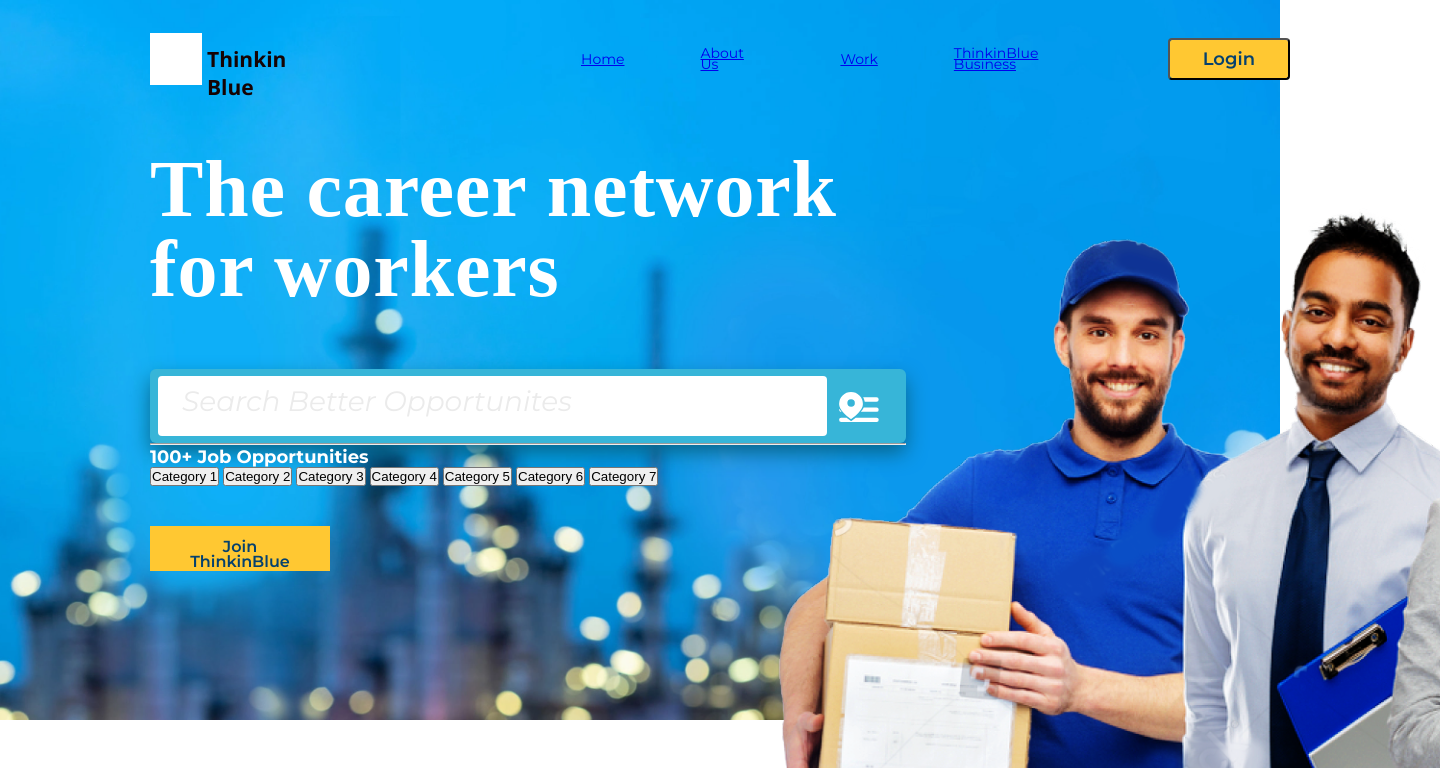
Repository: shekharyadav638/OSL_Assignment_1
Page: index.html
An editor plug-in stored every save of this project. The page is shown before and after the next save, followed by the edit.
The browser window is 1280 px wide. The page is 1440 px wide, so the pictures cover 1440 px, including what lies to the right of the window. The pictures show the whole page.
The style sheet was rebuilt from its Sass, Less or Tailwind sources for each picture, by a compiler version that may differ from the author's.

Above is the page before, as saved 2024-07-13 14:14:27.

### index.html
<!DOCTYPE html PUBLIC "-//W3C//DTD HTML 4.01 Transitional//EN" "http://www.w3.org/TR/html4/loose.dtd">
<html>
  <head>
    <meta http-equiv="Content-Type" content="text/html; charset=ISO-8859-1" />
    <title>Assignment 1</title>
    <link rel="stylesheet" href="style.css" />
    <link rel="preconnect" href="https://fonts.googleapis.com" />
    <link rel="preconnect" href="https://fonts.gstatic.com" crossorigin />
    <link
      href="https://fonts.googleapis.com/css2?family=Montserrat:ital,wght@0,100..900;1,100..900&display=swap"
      rel="stylesheet"
    />
  </head>
  <body>
    <header>
      <div class="header">
        <div class="header_left">
          <div class="header_left_logo"></div>
          <span class="header_left_title">Thinkin Blue</span>
        </div>
        <div class="header_right">
          <ul class="header_right_list">
            <li class="header_right_list_item">
              <a href="#">Home</a>
            </li>
            <li class="header_right_list_item"><a href="#">About Us</a></li>
            <li class="header_right_list_item"><a href="#">Work</a></li>
            <li class="header_right_list_item">
              <a href="#">ThinkinBlue Business</a>
            </li>
          </ul>
          <button class="header_right_btn">Login</button>
        </div>
      </div>
    </header>
    <section class="banner">
      <div class="banner_left">
       <p class="banner_left_text">The career network <br> for workers</p>
       <div class="banner_left_input">
        <input type="text" placeholder="Search Better Opportunites" class="banner_left_input_box"></input>
        <img src="img/location.svg" alt="location-icon" class="banner_left_input_icon">
       </div>
       <div class="banner_left_categories">
        <hr>
        <div class="banner_left_categories_title">100+ Job Opportunities</div>
        <div class="banner_left_categories_list">
          <button class="banner_left_categories_list_item"> Category 1</button>
          <button class="banner_left_categories_list_item"> Category 2</button>
          <button class="banner_left_categories_list_item"> Category 3</button>
          <button class="banner_left_categories_list_item"> Category 4</button>
          <button class="banner_left_categories_list_item"> Category 5</button>
          <button class="banner_left_categories_list_item"> Category 6</button>
          <button class="banner_left_categories_list_item"> Category 7</button>
        </div>
        <div >
          <button class="banner_left_categories_button">Join ThinkinBlue</button>
        </div>
       </div>
      </div>
      <div class="banner_right">
        <img src="img/banner_right.png" alt="banner_right" class="banner_right_img"></img>
      </div>
    </section>
  </body>
</html>

### style.scss
* {
  margin: 0;
  padding: 0;
}
.body {
  width: 1440px;
  opacity: 1;
  overflow-x: hidden;
}

@import "header";
@import "banner";

### header.scss
.header {
  background: transparent;
  position: fixed;
  display: flex;
  align-content: center;
  width: 1140px;
  height: 86px;
  opacity: 1;
  margin: 16px 150px;
  &_left {
    align-items: center;
    display: flex;
    opacity: 1;

    &_logo {
      width: 52px;
      height: 52px;
      background: #ffffff 0% 0% no-repeat padding-box;
      opacity: 1;
    }

    &_title {
      padding-left: 5px;
      text-align: left;
      font: normal normal bold 21px/28px Segoe UI;
      width: 113px;
      height: 28px;
      letter-spacing: 0px;
      color: #150303;
      opacity: 1;
    }
  }

  &_right {
    margin-left: 261px;
    align-items: center;
    display: flex;
    gap: 66px;
    &_list {
      list-style: none;
      display: flex;
      gap: 76px;
      align-items: center;

      &_item {
        text-align: left;
        font: normal normal normal 14px/11px Montserrat;
        letter-spacing: 0px;
        padding: 17px 0;
        color: #ffffff;
        opacity: 1;
      }
    }
    &_btn {
      background: #ffc832 0% 0% no-repeat padding-box;
      border-radius: 4px;
      opacity: 1;
      padding: 8px 33px;
      text-align: left;
      font: normal normal 600 18px Montserrat;
      letter-spacing: 0px;
      color: #05416e;
      opacity: 1;
    }
  }
}

.banner {
  &_img {
    width: 100%;
    height: 100%;
    background-position: center;
  }
}

### _banner.scss
.banner {
  background-image: url(img/banner.png);
  width: 100%;
  height: 100vh;
  background-size: cover;
  background-position: center;
  background-repeat: no-repeat;
  display: flex;

  &_left {
    align-content: center;
    margin-left: 150px;
    &_text {
      text-align: left;
      font: normal normal bold 80px/80px Adobe Caslon Pro;
      letter-spacing: 0.8px;
      color: #ffffff;
      opacity: 1;
    }

    &_input {
      display: flex;
      align-items: center;
      margin-top: 60px;
      width: 756px;
      height: 74px;
      background: #37b5d8 0% 0% no-repeat padding-box;
      box-shadow: 0px 10px 20px #07668b;
      border-radius: 6px;

      ::placeholder {
        font: italic normal normal 28px/36px Montserrat;
        letter-spacing: 0px;
        color: #ebebeb;
        opacity: 1;
        padding-top: 13px;
        padding-bottom: 13px;
        align-content: center;
        padding-left: 24px;
      }

      &_box {
        background: #ffffff 0% 0% no-repeat padding-box;
        border-radius: 4px;
        margin-left: 8px;
        border: none;
        opacity: 1;
        width: 669px;
        height: 60px;
      }
    }

    &_categories {
      ::hr {
        margin-top: 30px;
        color: #37b5d8;
      }
      &_title {
        width: 250px;
        height: 22px;
        text-align: left;
        font: normal normal bold 18px/24px Montserrat;
        letter-spacing: 0px;
        color: #ffffff;
        opacity: 1;
      }

      &_button {
        margin-top: 40px;
        width: 180px;
        height: 45px;
        background: #ffc832 0% 0% no-repeat padding-box;
        border: none;
        padding: 13px 21px;
        opacity: 1;
        font: normal normal 600 16px/15px Montserrat;
        letter-spacing: 0px;
        color: #05416e;
        opacity: 1;
      }
    }
  }

  &_right {
    &_img {
      position: absolute;
      top: 0;
      left: 650px;
      margin-top: 140px;
    }
  }
}

After the next save:
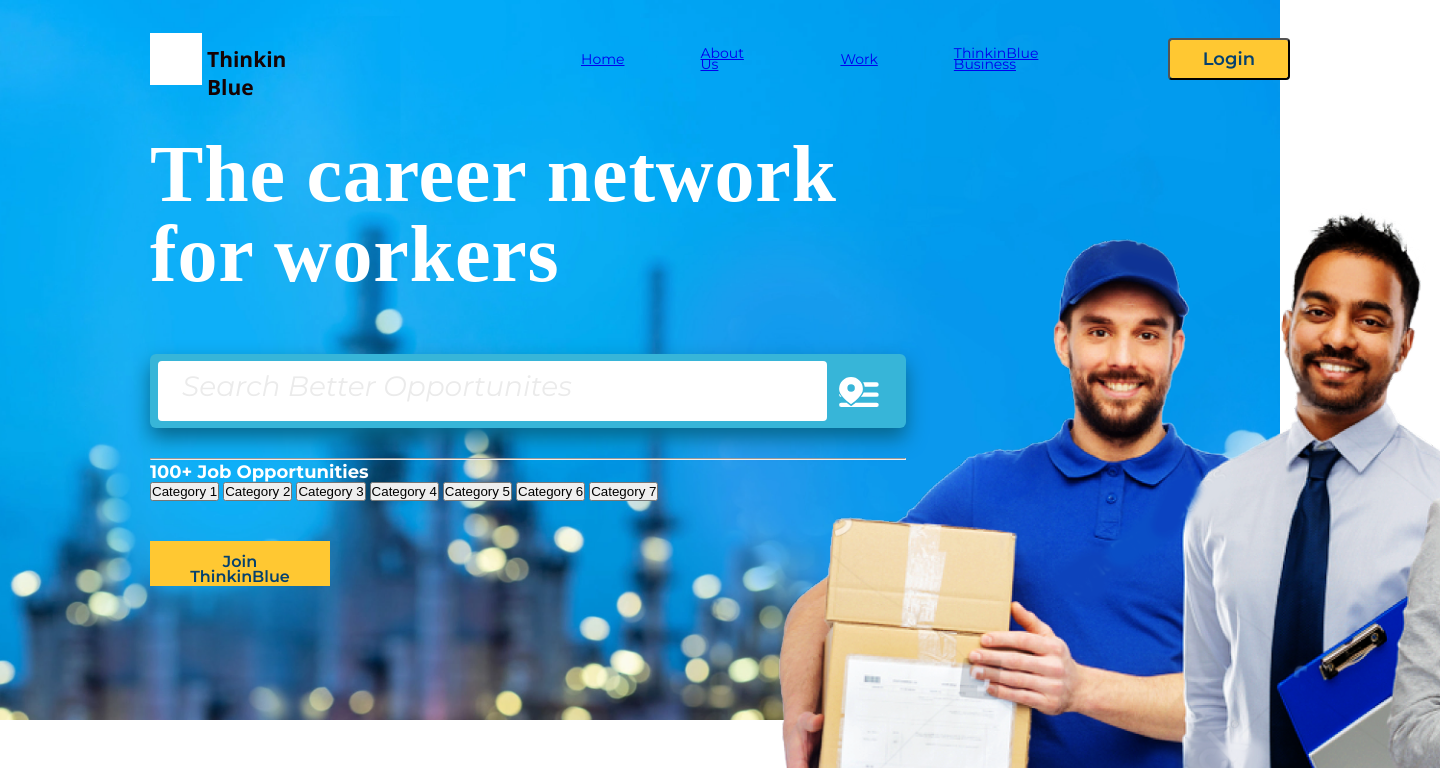
Saved 18 s later.
--- a/_banner.scss
+++ b/_banner.scss
@@ -51,7 +51,7 @@
     }
 
     &_categories {
-      ::hr {
+      & hr {
         margin-top: 30px;
         color: #37b5d8;
       }
